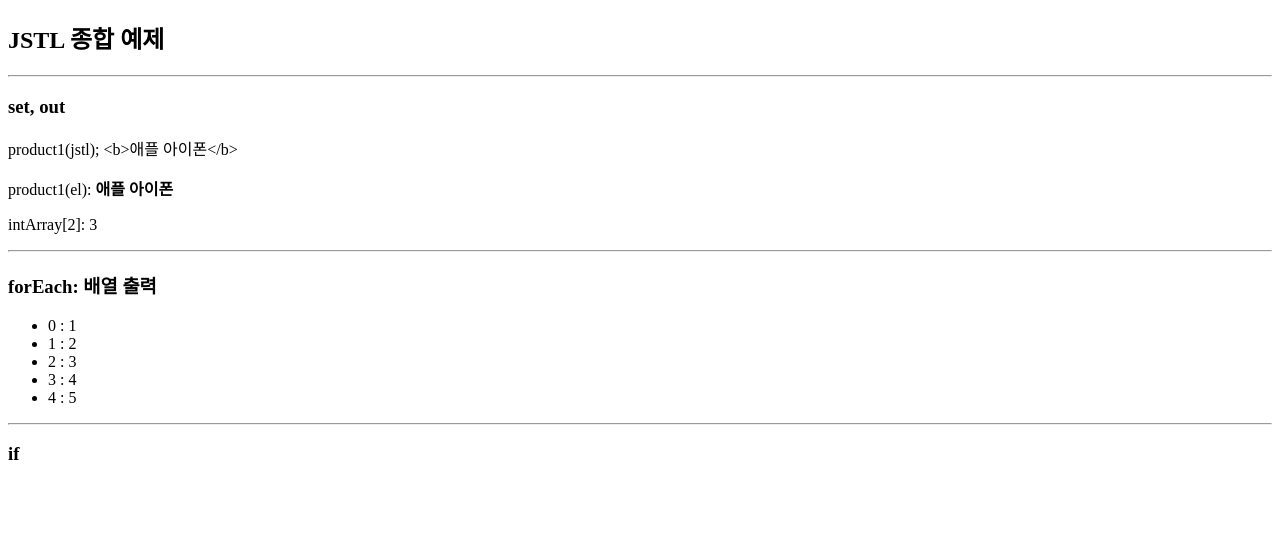
Repository: gold9387/jwbook
Page: http://localhost/jwbook/ch07/jstlExam.jsp
An editor plug-in stored every save of this project. The page is shown before and after the next save, followed by the edit.
The browser window is 1280 px wide. The pictures show the whole page.
The page is served by Tomcat 9.

Above is the page before, as saved 2023-06-06 08:31:27.

After the next save:
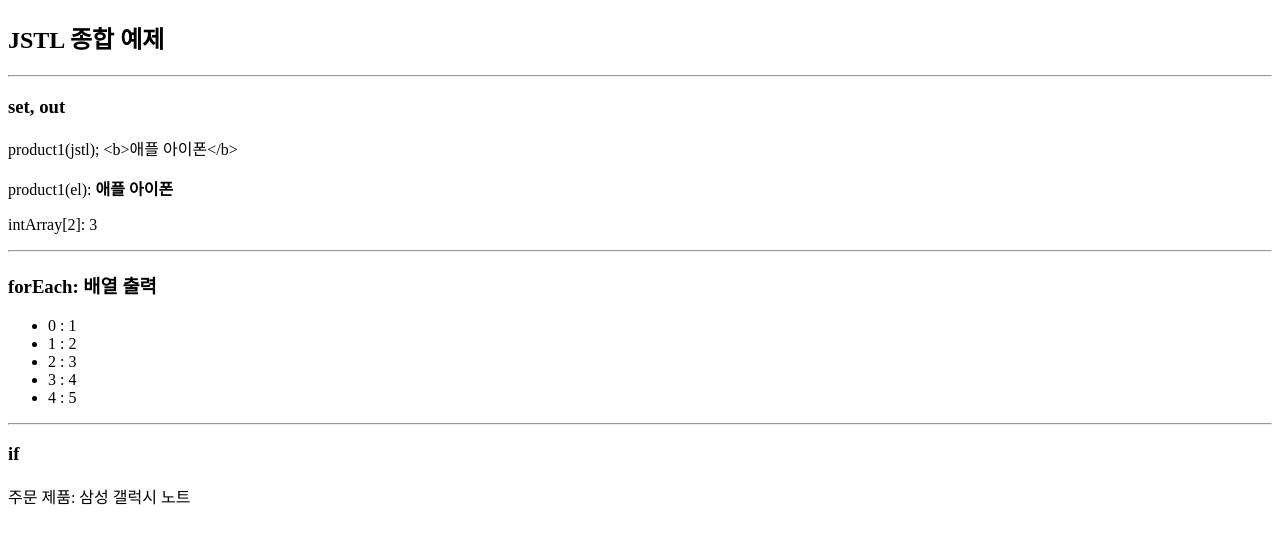
Saved 55 s later.
--- a/jwbook/src/main/webapp/ch07/jstlExam.jsp
+++ b/jwbook/src/main/webapp/ch07/jstlExam.jsp
@@ -33,5 +33,8 @@
 	<!-- if -->
 	<h3>if</h3>
 	<c:set var="checkout" value="true"/>
+	<c:if test="${checkout}">
+	<p>주문 제품: ${product2}</p>
+	</c:if>
 </body>
 </html>
